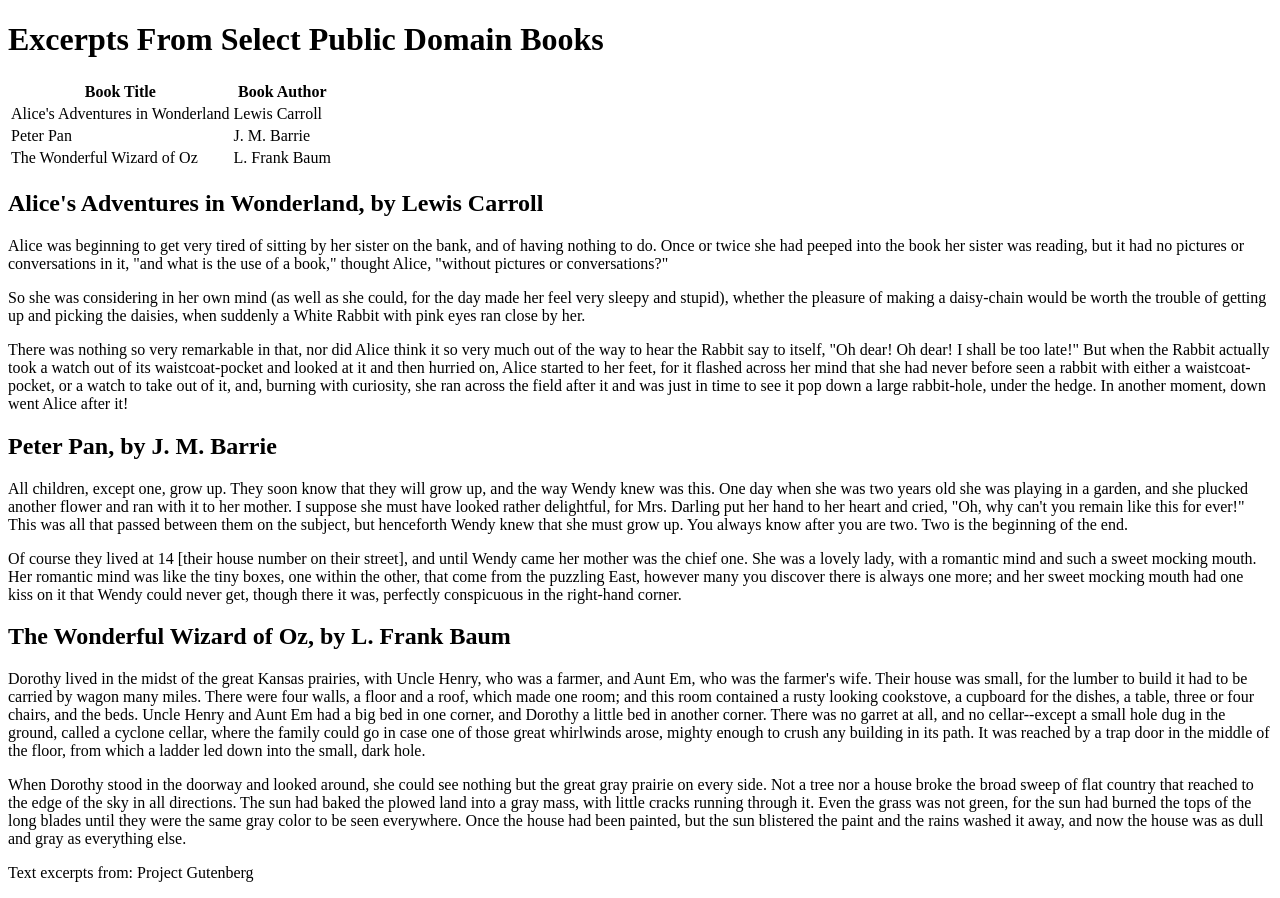
Repository: rishondass/ITMD361-Lab3
Page: index.html
An editor plug-in stored every save of this project. The page is shown before and after the next save, followed by the edit.
The browser window is 1280 px wide. The pictures show the whole page.

Above is the page before, as saved 2023-01-13 14:32:35.

### index.html
<!DOCTYPE html>
<html lang="en">
<head>
    <meta charset="UTF-8">
    <meta http-equiv="X-UA-Compatible" content="IE=edge">
    <meta name="viewport" content="width=device-width, initial-scale=1.0">
    <title>Excerpts From Select Public Domain Books</title>
</head>
<body>
    <h1>Excerpts From Select Public Domain Books</h1>
    <table>
        <thead>
            <tr>
                <th>
                    <strong>Book Title</strong>
                </th>
                <th>
                    <strong>Book Author</strong>
                </th>
            </tr>
        </thead>
        <tbody>
            <tr>
                <td>Alice's Adventures in Wonderland</td>
                <td>Lewis Carroll</td>
            </tr>
            <tr>
                <td>Peter Pan</td>
                <td>J. M. Barrie</td>
            </tr>
            <tr>
                <td>The Wonderful Wizard of Oz</td>
                <td>L. Frank Baum</td>
            </tr>
        </tbody>
    </table>

    <h2>Alice's Adventures in Wonderland, by Lewis Carroll</h2>
    <p>
        Alice was beginning to get very tired of sitting by her sister on the bank, and of having nothing to do. Once or twice she had peeped into the book her sister was reading, but it had no pictures or conversations in it, "and what is the use of a book," thought Alice, "without pictures or conversations?"
    </p>
    <p>
        So she was considering in her own mind (as well as she could, for the day made her feel very sleepy and stupid), whether the pleasure of making a daisy-chain would be worth the trouble of getting up and picking the daisies, when suddenly a White Rabbit with pink eyes ran close by her.
    </p>
    <p>
        There was nothing so very remarkable in that, nor did Alice think it so very much out of the way to hear the Rabbit say to itself, "Oh dear! Oh dear! I shall be too late!" But when the Rabbit actually took a watch out of its waistcoat-pocket and looked at it and then hurried on, Alice started to her feet, for it flashed across her mind that she had never before seen a rabbit with either a waistcoat-pocket, or a watch to take out of it, and, burning with curiosity, she ran across the field after it and was just in time to see it pop down a large rabbit-hole, under the hedge. In another moment, down went Alice after it!
    </p>
    <h2>Peter Pan, by J. M. Barrie</h2>
    <p>
        All children, except one, grow up. They soon know that they will grow up, and the way Wendy knew was this. One day when she was two years old she was playing in a garden, and she plucked another flower and ran with it to her mother. I suppose she must have looked rather delightful, for Mrs. Darling put her hand to her heart and cried, "Oh, why can't you remain like this for ever!" This was all that passed between them on the subject, but henceforth Wendy knew that she must grow up. You always know after you are two. Two is the beginning of the end.
    </p>
    <p>
        Of course they lived at 14 [their house number on their street], and until Wendy came her mother was the chief one. She was a lovely lady, with a romantic mind and such a sweet mocking mouth. Her romantic mind was like the tiny boxes, one within the other, that come from the puzzling East, however many you discover there is always one more; and her sweet mocking mouth had one kiss on it that Wendy could never get, though there it was, perfectly conspicuous in the right-hand corner.

    </p>
    <h2>The Wonderful Wizard of Oz, by L. Frank Baum</h2>
    <p>
        Dorothy lived in the midst of the great Kansas prairies, with Uncle Henry, who was a farmer, and Aunt Em, who was the farmer's wife.  Their house was small, for the lumber to build it had to be carried by wagon many miles.  There were four walls, a floor and a roof, which made one room; and this room contained a rusty looking cookstove, a cupboard for the dishes, a table, three or four chairs, and the beds.  Uncle Henry and Aunt Em had a big bed in one corner, and Dorothy a little bed in another corner.  There was no garret at all, and no cellar--except a small hole dug in the ground, called a cyclone cellar, where the family could go in case one of those great whirlwinds arose, mighty enough to crush any building in its path.  It was reached by a trap door in the middle of the floor, from which a ladder led down into the small, dark hole.
    </p>
    <p>
        When Dorothy stood in the doorway and looked around, she could see nothing but the great gray prairie on every side.  Not a tree nor a house broke the broad sweep of flat country that reached to the edge of the sky in all directions.  The sun had baked the plowed land into a gray mass, with little cracks running through it.  Even the grass was not green, for the sun had burned the tops of the long blades until they were the same gray color to be seen everywhere.  Once the house had been painted, but the sun blistered the paint and the rains washed it away, and now the house was as dull and gray as everything else.
    </p>

    <p>
        Text excerpts from: Project Gutenberg
    </p>
</body>
</html>

After the next save:
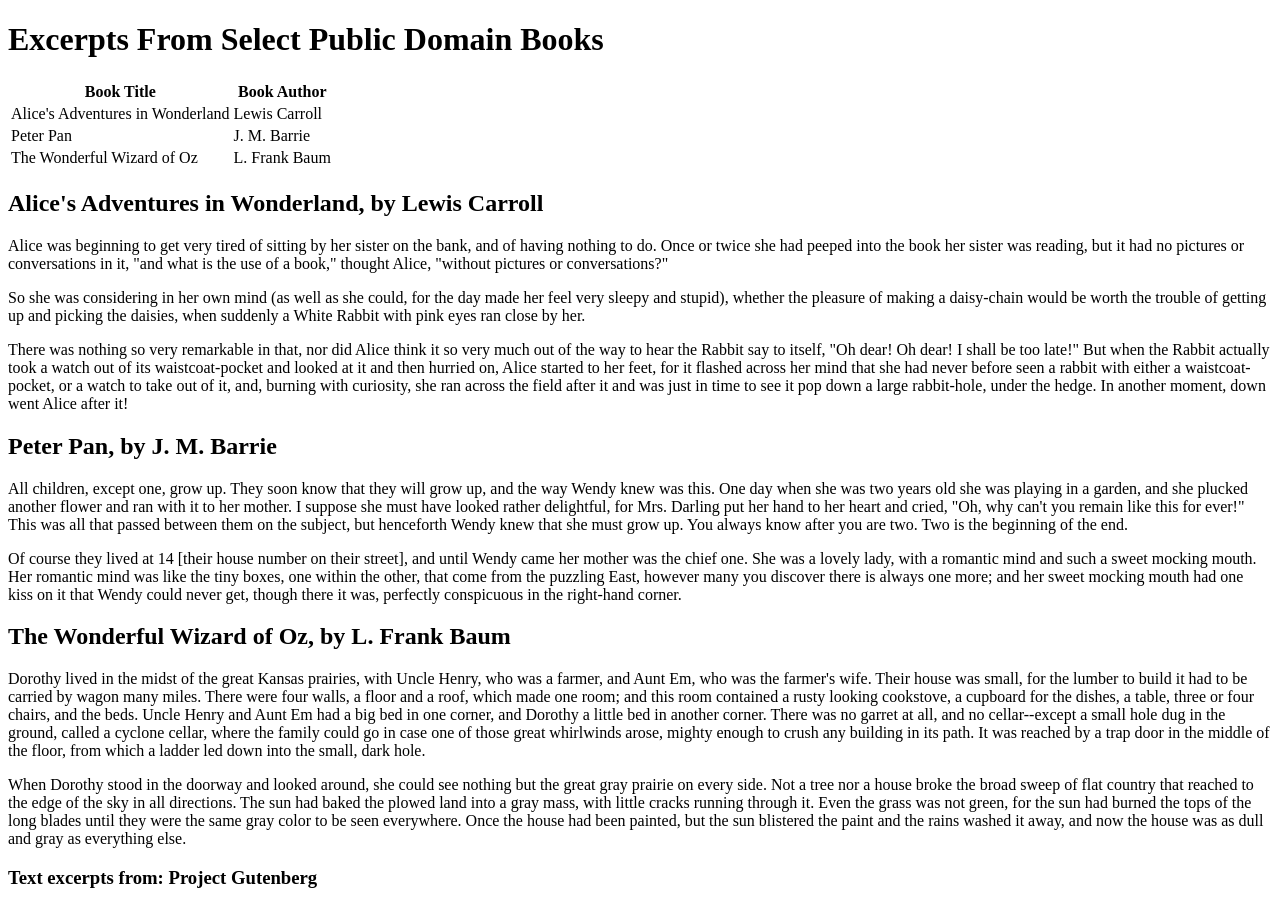
Saved 15 s later.
--- a/index.html
+++ b/index.html
@@ -61,8 +61,6 @@
         When Dorothy stood in the doorway and looked around, she could see nothing but the great gray prairie on every side.  Not a tree nor a house broke the broad sweep of flat country that reached to the edge of the sky in all directions.  The sun had baked the plowed land into a gray mass, with little cracks running through it.  Even the grass was not green, for the sun had burned the tops of the long blades until they were the same gray color to be seen everywhere.  Once the house had been painted, but the sun blistered the paint and the rains washed it away, and now the house was as dull and gray as everything else.
     </p>
 
-    <p>
-        Text excerpts from: Project Gutenberg
-    </p>
+    <h3>Text excerpts from: Project Gutenberg</h3>
 </body>
 </html>
